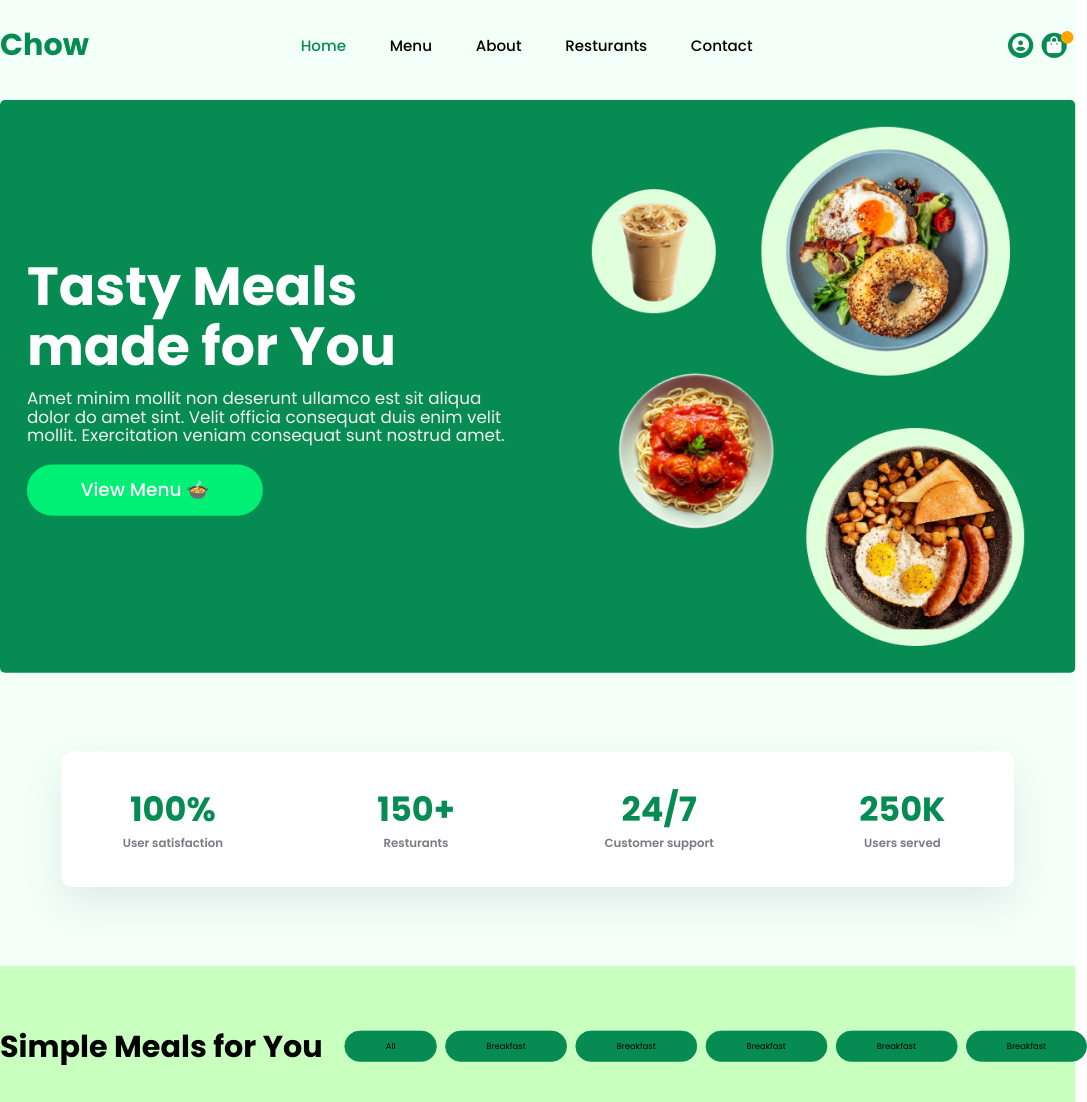
Repository: nguyennam1029/balbal
Page: index.html
The author's editor kept a copy of each file at every save. The page is drawn from the files as they stood at one save, then again after the next save.
The browser window is 1280 px wide. The page is 1294 px wide, then 1292 px, so the pictures cover 1294 px, including what lies to the right of the window. The pictures show the whole page, at 84% of full size.
Some web libraries are served in a nearby version.

Above is the page before, as saved 2022-07-01 18:14:56.

### index.html
<!DOCTYPE html>
<html lang="en">
  <head>
    <meta charset="UTF-8" />
    <meta http-equiv="X-UA-Compatible" content="IE=edge" />
    <meta name="viewport" content="width=device-width, initial-scale=1.0" />
    <title>Chow</title>
    <link
      rel="stylesheet"
      href="https://cdnjs.cloudflare.com/ajax/libs/font-awesome/6.1.1/css/all.min.css"
      integrity="sha512-KfkfwYDsLkIlwQp6LFnl8zNdLGxu9YAA1QvwINks4PhcElQSvqcyVLLD9aMhXd13uQjoXtEKNosOWaZqXgel0g=="
      crossorigin="anonymous"
      referrerpolicy="no-referrer"
    />
    <link rel="stylesheet" href="css/grid.css" />
    <link rel="stylesheet" href="css/style.css" />
  </head>
  <body>
    <div class="app">
      <div class="grid wide">
        <div class="menu">
          <a href="#" class="menu-left">Chow</a>
          <ul class="menu-center">
            <li class="menu-center-item">
              <a href="#" class="menu-center--link active">Home</a>
            </li>
            <li class="menu-center-item">
              <a href="#" class="menu-center--link">Menu</a>
            </li>
            <li class="menu-center-item">
              <a href="#" class="menu-center--link">About</a>
            </li>
            <li class="menu-center-item">
              <a href="#" class="menu-center--link">Resturants</a>
            </li>
            <li class="menu-center-item">
              <a href="#" class="menu-center--link">Contact</a>
            </li>
          </ul>
          <ul class="menu-right">
            <li class="menu-right-item">
              <a href="#" class="menu-right--link">
                <i class="fa-solid fa-circle-user"></i>
              </a>
            </li>
            <li class="menu-right-item">
              <a href="#" class="menu-right--link active">
                <i class="fa-solid fa-bag-shopping"></i>
                <span class="menu-right--circle"></span>
              </a>
            </li>
          </ul>
        </div>
        <div class="banner">
          <div class="row">
            <div class="col l-6 m-6 c-12">
              <div class="banner-info">
                <h1 class="banner-title">Tasty Meals made for You</h1>
                <span class="banner-des"
                  >Amet minim mollit non deserunt ullamco est sit aliqua dolor
                  do amet sint. Velit officia consequat duis enim velit mollit.
                  Exercitation veniam consequat sunt nostrud amet.</span
                >
                <a href="#" class="banner-btn"> View Menu 🍲 </a>
              </div>
            </div>
            <div class="col l-6 m-6 c-12">
              <div class="banner-img">
                <img src="images/banner1.png" alt="" />
              </div>
            </div>
          </div>
        </div>
        <div class="statistical">
          <div class="row">
            <div class="col l-3 m-6 c-12">
              <div class="statistical-item">
                <h3 class="statistical-item--title">100%</h3>
                <span class="statistical-item--des">User satisfaction</span>
              </div>
            </div>
            <div class="col l-3 m-6 c-12">
              <div class="statistical-item">
                <h3 class="statistical-item--title">150+</h3>
                <span class="statistical-item--des">Resturants</span>
              </div>
            </div>
            <div class="col l-3 m-6 c-12">
              <div class="statistical-item">
                <h3 class="statistical-item--title">24/7</h3>
                <span class="statistical-item--des">Customer support</span>
              </div>
            </div>
            <div class="col l-3 m-6 c-12">
              <div class="statistical-item">
                <h3 class="statistical-item--title">250K</h3>
                <span class="statistical-item--des">Users served</span>
              </div>
            </div>
          </div>
        </div>
      </div>
      <div class="product">
        <div class="grid wide">
          <div class="product-top row">
            <div class="col l-4 m-3 c-12">
              <h3 class="product-heading">Simple Meals for You</h3>
            </div>
            <div class="col l-8 m-8 c-12">
              <ul class="tab-list">
                <li class="tab-item active">All</li>
                <li class="tab-item">Breakfast</li>
                <li class="tab-item">Breakfast</li>
                <li class="tab-item">Breakfast</li>
                <li class="tab-item">Breakfast</li>
                <li class="tab-item">Breakfast</li>
              </ul>
            </div>
          </div>
          <div class="product-title"></div>
        </div>
      </div>
    </div>
  </body>
</html>

### css/grid.css
/* L là pc ,  M là tablet, C là mobile  */
.grid {
    width  : 100%;
    display: block;
    padding: 0;
}

.grid.wide {
    max-width: 1280px;
    margin   : 0 auto;
}

.row {
    display     : flex;
    flex-wrap   : wrap;
    margin-left : -4px;
    margin-right: -4px;
}

.row.no-gutters {
    margin-left : 0;
    margin-right: 0;
}

.col {
    padding-left : 4px;
    padding-right: 4px;
}

.row.no-gutters .col {
    padding-left : 0;
    padding-right: 0;
}

.c-0 {
    display: none;
}

.c-1 {
    flex     : 0 0 8.33333%;
    max-width: 8.33333%;
}

.c-2 {
    flex     : 0 0 16.66667%;
    max-width: 16.66667%;
}

.c-3 {
    flex     : 0 0 25%;
    max-width: 25%;
}

.c-4 {
    flex     : 0 0 33.33333%;
    max-width: 33.33333%;
}

.c-5 {
    flex     : 0 0 41.66667%;
    max-width: 41.66667%;
}

.c-6 {
    flex     : 0 0 50%;
    max-width: 50%;
}

.c-7 {
    flex     : 0 0 58.33333%;
    max-width: 58.33333%;
}

.c-8 {
    flex     : 0 0 66.66667%;
    max-width: 66.66667%;
}

.c-9 {
    flex     : 0 0 75%;
    max-width: 75%;
}

.c-10 {
    flex     : 0 0 83.33333%;
    max-width: 83.33333%;
}

.c-11 {
    flex     : 0 0 91.66667%;
    max-width: 91.66667%;
}

.c-12 {
    flex     : 0 0 100%;
    max-width: 100%;
}

.c-o-1 {
    margin-left: 8.33333%;
}

.c-o-2 {
    margin-left: 16.66667%;
}

.c-o-3 {
    margin-left: 25%;
}

.c-o-4 {
    margin-left: 33.33333%;
}

.c-o-5 {
    margin-left: 41.66667%;
}

.c-o-6 {
    margin-left: 50%;
}

.c-o-7 {
    margin-left: 58.33333%;
}

.c-o-8 {
    margin-left: 66.66667%;
}

.c-o-9 {
    margin-left: 75%;
}

.c-o-10 {
    margin-left: 83.33333%;
}

.c-o-11 {
    margin-left: 91.66667%;
}

/* >= Tablet */
@media (min-width: 740px) {
    .row {
        margin-left : -8px;
        margin-right: -8px;
    }

    .col {
        padding-left : 8px;
        padding-right: 8px;
    }

    .m-0 {
        display: none;
    }

    .m-1,
    .m-2,
    .m-3,
    .m-4,
    .m-5,
    .m-6,
    .m-7,
    .m-8,
    .m-9,
    .m-10,
    .m-11,
    .m-12 {
        display: block;
    }

    .m-1 {
        flex     : 0 0 8.33333%;
        max-width: 8.33333%;
    }

    .m-2 {
        flex     : 0 0 16.66667%;
        max-width: 16.66667%;
    }

    .m-3 {
        flex     : 0 0 25%;
        max-width: 25%;
    }

    .m-4 {
        flex     : 0 0 33.33333%;
        max-width: 33.33333%;
    }

    .m-5 {
        flex     : 0 0 41.66667%;
        max-width: 41.66667%;
    }

    .m-6 {
        flex     : 0 0 50%;
        max-width: 50%;
    }

    .m-7 {
        flex     : 0 0 58.33333%;
        max-width: 58.33333%;
    }

    .m-8 {
        flex     : 0 0 66.66667%;
        max-width: 66.66667%;
    }

    .m-9 {
        flex     : 0 0 75%;
        max-width: 75%;
    }

    .m-10 {
        flex     : 0 0 83.33333%;
        max-width: 83.33333%;
    }

    .m-11 {
        flex     : 0 0 91.66667%;
        max-width: 91.66667%;
    }

    .m-12 {
        flex     : 0 0 100%;
        max-width: 100%;
    }

    .m-o-1 {
        margin-left: 8.33333%;
    }

    .m-o-2 {
        margin-left: 16.66667%;
    }

    .m-o-3 {
        margin-left: 25%;
    }

    .m-o-4 {
        margin-left: 33.33333%;
    }

    .m-o-5 {
        margin-left: 41.66667%;
    }

    .m-o-6 {
        margin-left: 50%;
    }

    .m-o-7 {
        margin-left: 58.33333%;
    }

    .m-o-8 {
        margin-left: 66.66667%;
    }

    .m-o-9 {
        margin-left: 75%;
    }

    .m-o-10 {
        margin-left: 83.33333%;
    }

    .m-o-11 {
        margin-left: 91.66667%;
    }
}

/* PC medium resolution > */
@media (min-width: 1113px) {
    .row {
        margin-left : -12px;
        margin-right: -12px;
    }

    .row.sm-gutter {
        margin-left : -5px;
        margin-right: -5px;
    }

    .col {
        padding-left : 12px;
        padding-right: 12px;
    }

    .row.sm-gutter .col {
        padding-left : 5px;
        padding-right: 5px;
    }

    .l-0 {
        display: none;
    }

    .l-1,
    .l-2,
    .l-2-4,
    .l-3,
    .l-4,
    .l-5,
    .l-6,
    .l-7,
    .l-8,
    .l-9,
    .l-10,
    .l-11,
    .l-12 {
        display: block;
    }

    .l-1 {
        flex     : 0 0 8.33333%;
        max-width: 8.33333%;
    }

    .l-2 {
        flex     : 0 0 16.66667%;
        max-width: 16.66667%;
    }

    .l-2-4 {
        flex     : 0 0 20%;
        max-width: 20%;
    }

    .l-3 {
        flex     : 0 0 25%;
        max-width: 25%;
    }

    .l-4 {
        flex     : 0 0 33.33333%;
        max-width: 33.33333%;
    }

    .l-5 {
        flex     : 0 0 41.66667%;
        max-width: 41.66667%;
    }

    .l-6 {
        flex     : 0 0 50%;
        max-width: 50%;
    }

    .l-7 {
        flex     : 0 0 58.33333%;
        max-width: 58.33333%;
    }

    .l-8 {
        flex     : 0 0 66.66667%;
        max-width: 66.66667%;
    }

    .l-9 {
        flex     : 0 0 75%;
        max-width: 75%;
    }

    .l-10 {
        flex     : 0 0 83.33333%;
        max-width: 83.33333%;
    }

    .l-11 {
        flex     : 0 0 91.66667%;
        max-width: 91.66667%;
    }

    .l-12 {
        flex     : 0 0 100%;
        max-width: 100%;
    }

    .l-o-1 {
        margin-left: 8.33333%;
    }

    .l-o-2 {
        margin-left: 16.66667%;
    }

    .l-o-3 {
        margin-left: 25%;
    }

    .l-o-4 {
        margin-left: 33.33333%;
    }

    .l-o-5 {
        margin-left: 41.66667%;
    }

    .l-o-6 {
        margin-left: 50%;
    }

    .l-o-7 {
        margin-left: 58.33333%;
    }

    .l-o-8 {
        margin-left: 66.66667%;
    }

    .l-o-9 {
        margin-left: 75%;
    }

    .l-o-10 {
        margin-left: 83.33333%;
    }

    .l-o-11 {
        margin-left: 91.66667%;
    }
}

/* Tablet - PC low resolution */
@media (min-width: 740px) and (max-width: 1023px) {
    .wide {
        width: 644px;
    }
}

/* > PC low resolution */
@media (min-width: 1024px) and (max-width: 1239px) {
    .wide {
        width: 984px;
    }

    .wide .row {
        margin-left : -12px;
        margin-right: -12px;
    }

    .wide .row.sm-gutter {
        margin-left : -5px;
        margin-right: -5px;
    }

    .wide .col {
        padding-left : 12px;
        padding-right: 12px;
    }

    .wide .row.sm-gutter .col {
        padding-left : 5px;
        padding-right: 5px;
    }

    .wide .l-0 {
        display: none;
    }

    .wide .l-1,
    .wide .l-2,
    .wide .l-2-4,
    .wide .l-3,
    .wide .l-4,
    .wide .l-5,
    .wide .l-6,
    .wide .l-7,
    .wide .l-8,
    .wide .l-9,
    .wide .l-10,
    .wide .l-11,
    .wide .l-12 {
        display: block;
    }

    .wide .l-1 {
        flex     : 0 0 8.33333%;
        max-width: 8.33333%;
    }

    .wide .l-2 {
        flex     : 0 0 16.66667%;
        max-width: 16.66667%;
    }

    .wide .l-2-4 {
        flex     : 0 0 20%;
        max-width: 20%;
    }

    .wide .l-3 {
        flex     : 0 0 25%;
        max-width: 25%;
    }

    .wide .l-4 {
        flex     : 0 0 33.33333%;
        max-width: 33.33333%;
    }

    .wide .l-5 {
        flex     : 0 0 41.66667%;
        max-width: 41.66667%;
    }

    .wide .l-6 {
        flex     : 0 0 50%;
        max-width: 50%;
    }

    .wide .l-7 {
        flex     : 0 0 58.33333%;
        max-width: 58.33333%;
    }

    .wide .l-8 {
        flex     : 0 0 66.66667%;
        max-width: 66.66667%;
    }

    .wide .l-9 {
        flex     : 0 0 75%;
        max-width: 75%;
    }

    .wide .l-10 {
        flex     : 0 0 83.33333%;
        max-width: 83.33333%;
    }

    .wide .l-11 {
        flex     : 0 0 91.66667%;
        max-width: 91.66667%;
    }

    .wide .l-12 {
        flex     : 0 0 100%;
        max-width: 100%;
    }

    .wide .l-o-1 {
        margin-left: 8.33333%;
    }

    .wide .l-o-2 {
        margin-left: 16.66667%;
    }

    .wide .l-o-3 {
        margin-left: 25%;
    }

    .wide .l-o-4 {
        margin-left: 33.33333%;
    }

    .wide .l-o-5 {
        margin-left: 41.66667%;
    }

    .wide .l-o-6 {
        margin-left: 50%;
    }

    .wide .l-o-7 {
        margin-left: 58.33333%;
    }

    .wide .l-o-8 {
        margin-left: 66.66667%;
    }

    .wide .l-o-9 {
        margin-left: 75%;
    }

    .wide .l-o-10 {
        margin-left: 83.33333%;
    }

    .wide .l-o-11 {
        margin-left: 91.66667%;
    }
}

### css/style.css
@import url('https://fonts.googleapis.com/css2?family=Poppins:wght@400;500;600;700&display=swap');

*,
*::before,
*::after {
    box-sizing: border-box;
}

* {
    margin : 0;
    padding: 0;
}

html {
    font-family: 'Poppins',
        sans-serif;
    font-size: 62.5%;
}

html,
body {
    height: 100%;
}

body {
    line-height: 1.5;
}

img,
picture,
video,
canvas,
svg {
    display  : block;
    max-width: 100%;
}

input,
button,
textarea,
select {
    font   : inherit;
    outline: none;
}

p,
h1,
h2,
h3,
h4,
h5,
h6 {
    overflow-wrap: break-word;
}

a {
    text-decoration: none;
}

ul {
    list-style: none;
}

.app {
    background-color: #f3fff9;
    padding-top     : 34px;
}

.menu {
    display        : flex;
    justify-content: space-between;
    align-items    : center;
    margin         : 0 0 45px;
}

.menu-left {
    font-weight: 700;
    font-size  : 3.6rem;
    line-height: 40px;

    color: #068C52;
}

.menu-center,
.menu-right {
    display        : flex;
    justify-content: center;
    align-items    : center;
}

.menu-center--link {
    margin-right: 52px;
    font-weight : 500;
    font-size   : 1.8rem;
    line-height : 27px;
    color       : #000000;
}

.menu-center--link.active {
    color: #068C52;
}

.menu-right--link {
    margin-right         : 10px;
    display              : flex;
    justify-content      : center;
    align-items          : center;
    width                : 30px;
    height               : 30px;
    border-radius        : 50%;
    -webkit-border-radius: 50%;
    -moz-border-radius   : 50%;
    -ms-border-radius    : 50%;
    -o-border-radius     : 50%;
    background-color     : #068C52;
}

.menu-right--link i {
    color    : #fff;
    font-size: 2rem;
}

.menu-right--link.active {
    position: relative;
}

.menu-right--circle {
    position             : absolute;
    top                  : -2px;
    right                : -8px;
    width                : 15px;
    height               : 15px;
    background           : #FFA500;
    border-radius        : 50%;
    -webkit-border-radius: 50%;
    -moz-border-radius   : 50%;
    -ms-border-radius    : 50%;
    -o-border-radius     : 50%;
}

.banner {
    background-color     : #068C52;
    border-radius        : 6px;
    -webkit-border-radius: 6px;
    -moz-border-radius   : 6px;
    -ms-border-radius    : 6px;
    -o-border-radius     : 6px;
    padding              : 32px;
}

.banner-info {
    display           : flex;
    justify-content   : center;
    /* align-items    : center; */
    flex-direction    : column;
    height            : 100%;
}

.banner-title {
    font-weight: 700;
    font-size  : 6.4rem;
    line-height: 72px;

    color: #FFFFFF;
}

.banner-des {
    font-weight: 400;
    font-size  : 2rem;
    line-height: 22px;
    display    : block;
    color      : #EFEFEF;
    margin     : 14px 0 24px;
}

.banner-btn {
    font-weight          : 500;
    font-size            : 2.2rem;
    line-height          : 33px;
    padding              : 14px 64px;
    /*Primary/White*/
    color                : #FFFFFF;
    background           : #00F076;
    border-radius        : 32px;
    -webkit-border-radius: 32px;
    -moz-border-radius   : 32px;
    -ms-border-radius    : 32px;
    -o-border-radius     : 32px;
    width                : fit-content;
}

.statistical {
    max-width    : 1134px;
    margin       : 94px auto;
    /* border    : 1px solid; */
    background   : #FFFFFF;
    /* Drop Shadow/High */
    padding      : 40px 0;
    box-shadow   : 0px 20px 50px rgba(18, 17, 39, 0.08);
    border-radius: 12px;
    text-align   : center;
}

.statistical-item--title {
    font-weight: 700;
    font-size  : 4rem;
    line-height: 140%;
    /* identical to box height, or 56px */

    text-align: center;

    color: #068C52;
}

.statistical-item--des {
    font-weight: 600;
    font-size  : 1.4rem;
    line-height: 180%;
    color      : rgba(18, 17, 39, 0.56);
}

.product {
    background-color: #c9ffbf;
    padding         : 76px 0 46px;
}

.product-top {
    display        : flex;
    justify-content: space-between;
    align-items    : center;
}

.product-heading {
    font-weight: 700;
    font-size  : 3.6rem;
    line-height: 40px;

    color: #000000;
}

.tab-list {
    display        : flex;
    justify-content: center;
    align-items    : center;

}

.tab-item {
    padding      : 10px 48px;
    background   : #068C52;
    border       : 1px solid #068C52;
    border-radius: 40px;
    display      : block;
    margin-right : 10px;
}

After the next save:
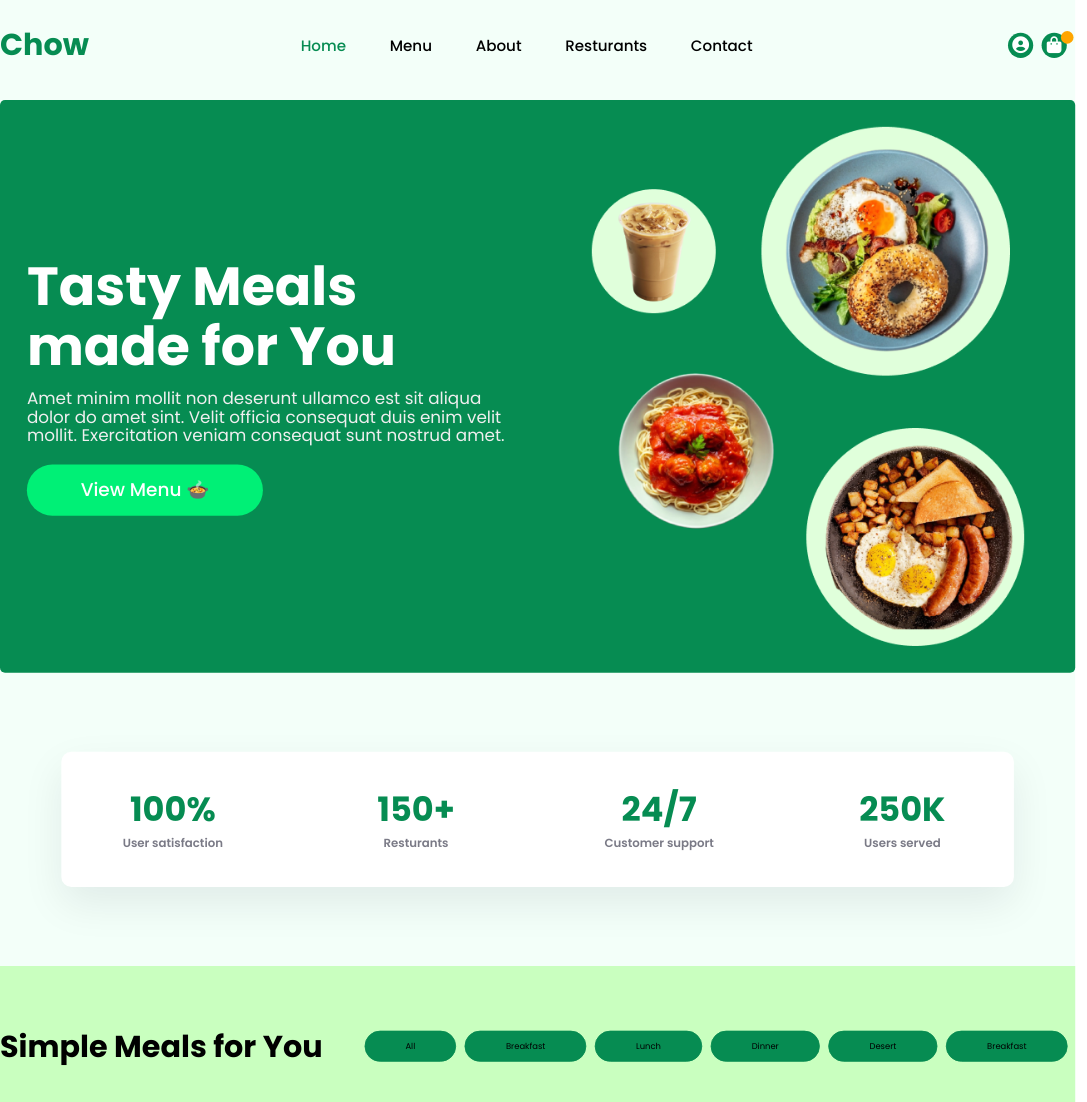
Saved 45 s later.
--- a/index.html
+++ b/index.html
@@ -110,9 +110,9 @@
               <ul class="tab-list">
                 <li class="tab-item active">All</li>
                 <li class="tab-item">Breakfast</li>
-                <li class="tab-item">Breakfast</li>
-                <li class="tab-item">Breakfast</li>
-                <li class="tab-item">Breakfast</li>
+                <li class="tab-item">Lunch</li>
+                <li class="tab-item">Dinner</li>
+                <li class="tab-item">Desert</li>
                 <li class="tab-item">Breakfast</li>
               </ul>
             </div>
